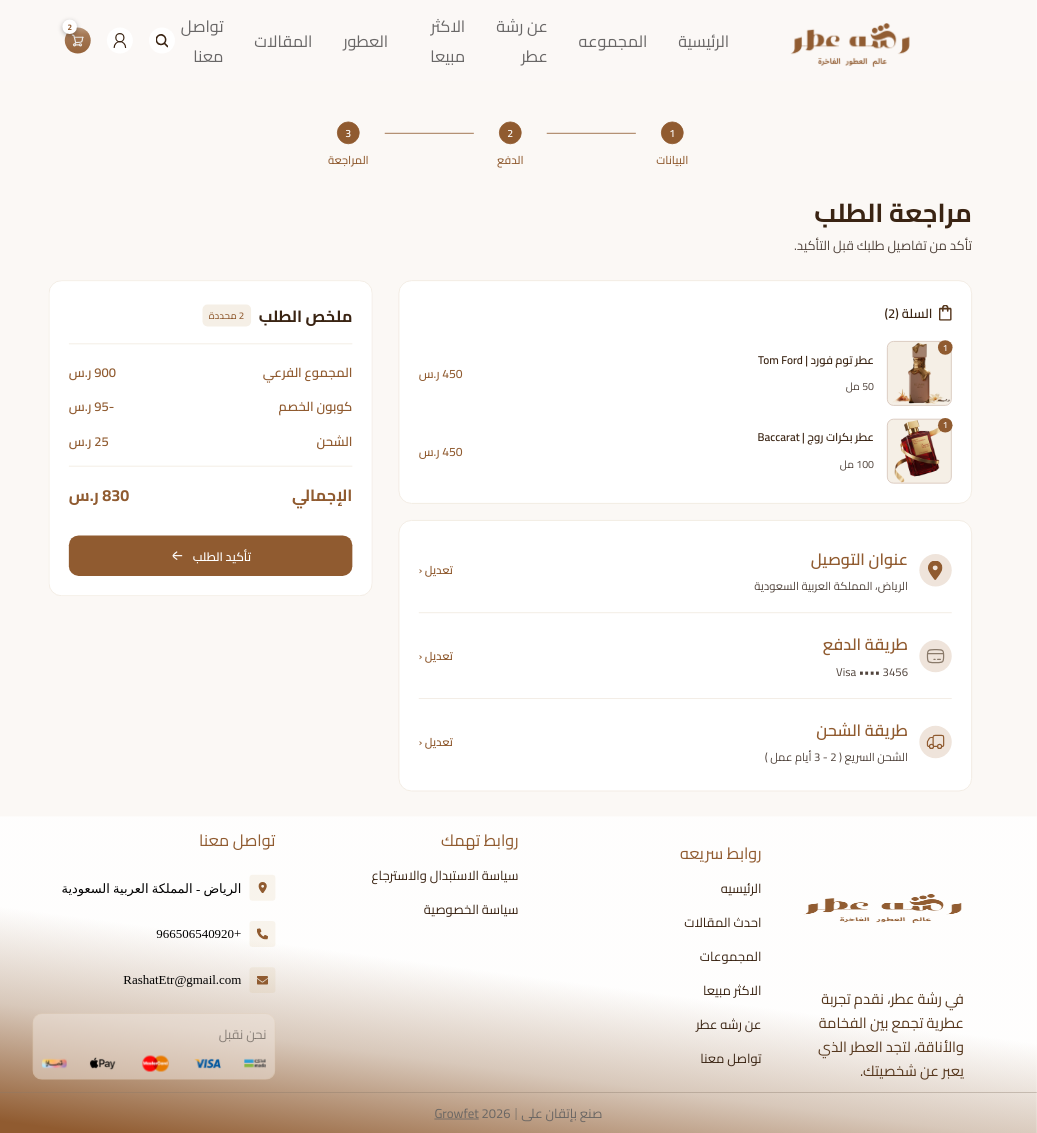
Repository: mahmoudesh74/rashet-3tr
Page: /Review
These files come from the project's save history. The page is drawn as it stood at one moment and after the next save; the edit follows.
The browser window is 1280 px wide. The pictures show the whole page, at 81% of full size.
Some web fonts or font styles are not loaded; a fallback is used. The project was rebuilt for these pictures with package versions that can differ from the ones it lists, and the page was loaded fresh each time. Also part of the build but not shown: vite.config.js, src/App.css, src/components/HeaderSection/Header.css, src/components/HeaderSection/Header.jsx, src/components/GroupSection/GroupSection.css, src/components/GroupSection/GroupSection.jsx, src/components/AboutSection/AboutSection.css, src/components/AboutSection/AboutSection.jsx and 40 more. Imported but missing from the stored project, and not drawn on this page: src/assets/vedio.mp4.

Above is the page before, as saved 2026-09-29 16:40:40.

After the next save:
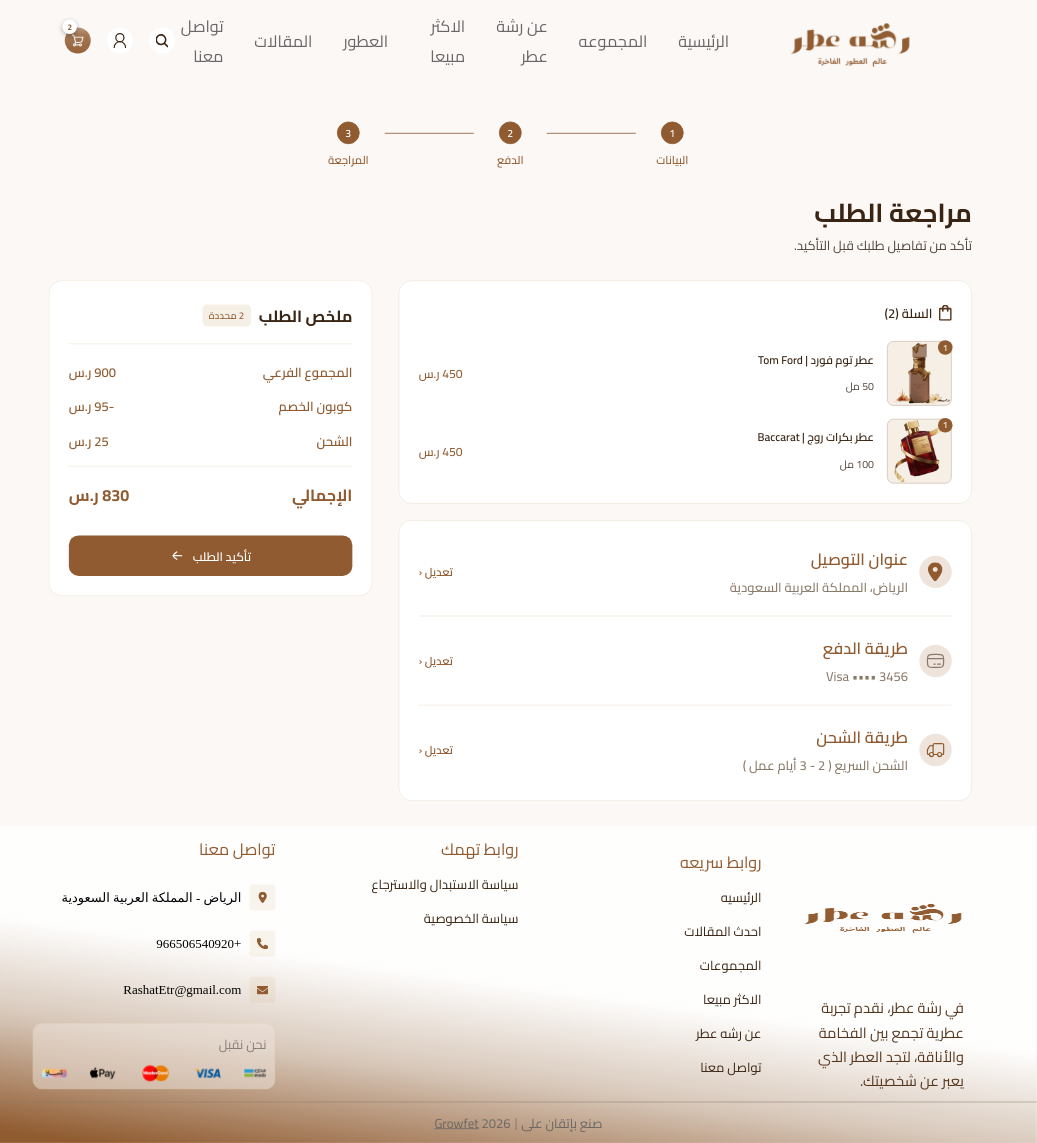
Saved 25 s later.
--- a/src/pages/Review/Review.css
+++ b/src/pages/Review/Review.css
@@ -168,8 +168,9 @@
 
 .review-info-text span {
   font-family: "Cairo";
-  font-size: 14px;
-  color: #51443C;
+  font-size: 16px;
+  font-weight: 500;
+  color: #8A7A6A;
 }
 
 .review-edit-btn {
